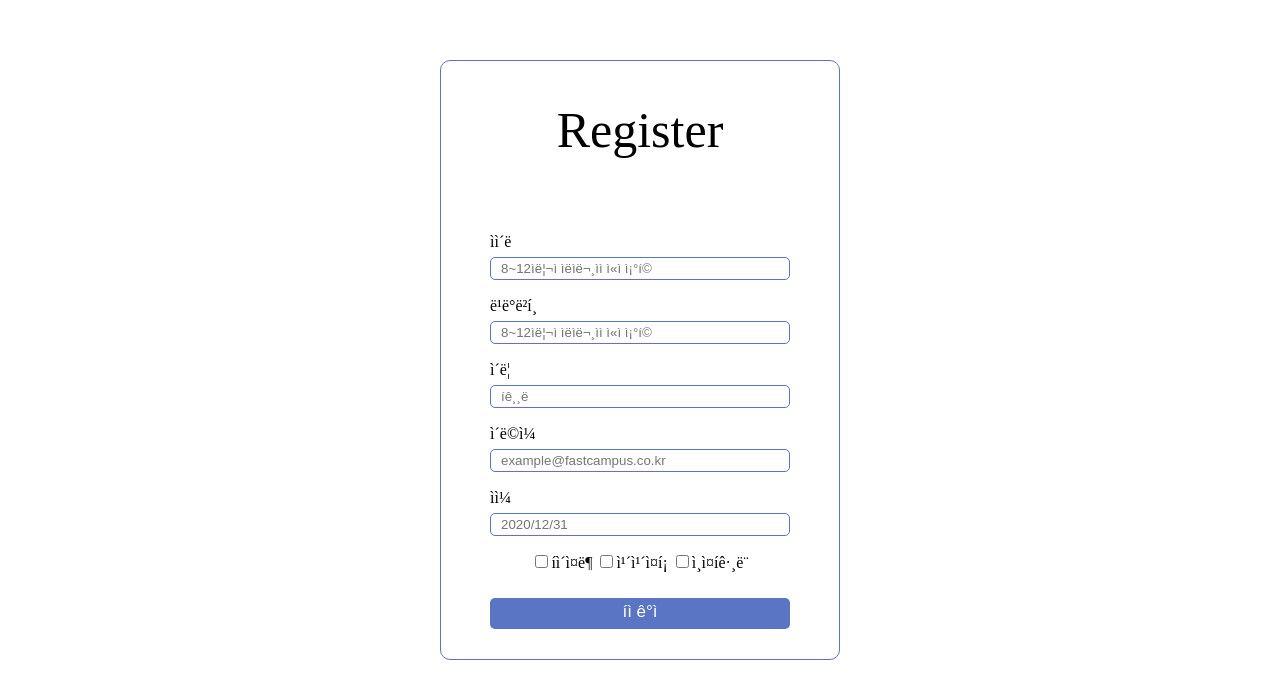
Repository: ReneeKang/Spring_jungsuk
Page: http://localhost/ch2/register/add
The author's editor kept a copy of each file at every save. The page is drawn from the files as they stood at one save, then again after the next save.
The browser window is 1280 px wide. The pictures show the whole page.
Some web libraries are served in a nearby version. The page is served by Tomcat 9. Other server files are loaded and not shown.

Above is the page before, as saved 2022-04-11 13:07:34.

### ch2/src/main/webapp/WEB-INF/views/registerForm.jsp
<!DOCTYPE html>
<html lang="en">
<head>
    <meta charset="UTF-8">
    <meta http-equiv="X-UA-Compatible" content="IE=edge">
    <meta name="viewport" content="width=device-width, initial-scale=1.0">
    <link rel="stylesheet" href="https://cdnjs.cloudflare.com/ajax/libs/font-awesome/5.8.2/css/all.min.css" />
    <style>
        * { box-sizing:border-box; }

        form {
            width:400px;
            height:600px;
            display : flex;
            flex-direction: column;
            align-items:center;
            position : absolute;
            top:50%;
            left:50%;
            transform: translate(-50%, -50%) ;
            border: 1px solid rgb(89,117,196);
            border-radius: 10px;
        }

        .input-field {
            width: 300px;
            height: 40px;
            border : 1px solid rgb(89,117,196);
            border-radius:5px;
            padding: 0 10px;
            margin-bottom: 10px;
        }
        label {
            width:300px;
            height:30px;
            margin-top :4px;
        }

        button {
            background-color: rgb(89,117,196);
            color : white;
            width:300px;
            height:50px;
            font-size: 17px;
            border : none;
            border-radius: 5px;
            margin : 20px 0 30px 0;
        }

        .title {
            font-size : 50px;
            margin: 40px 0 30px 0;
        }

        .msg {
            height: 30px;
            text-align:center;
            font-size:16px;
            color:red;
            margin-bottom: 20px;
        }
        .sns-chk {
            margin-top : 5px;
        }
    </style>
    <title>Register</title>
</head>
<body>
   <form>
    <div class="title">Register</div>
    <div id="msg" class="msg"> </div>
    <label for="">아이디</label>
    <input class="input-field" type="text" name="id" placeholder="8~12자리의 영대소문자와 숫자 조합">
    <label for="">비밀번호</label>
    <input class="input-field" type="text" name="pwd" placeholder="8~12자리의 영대소문자와 숫자 조합">
    <label for="">이름</label>
    <input class="input-field" type="text" name="name" placeholder="홍길동">
    <label for="">이메일</label>
    <input class="input-field" type="text" name="email" placeholder="example@fastcampus.co.kr">
    <label for="">생일</label>
    <input class="input-field" type="text" name="birth" placeholder="2020/12/31">
    <div class="sns-chk">
        <label><input type="checkbox" name="sns" value="facebook"/>페이스북</label>
        <label><input type="checkbox" name="sns" value="kakaotalk"/>카카오톡</label>
        <label><input type="checkbox" name="sns" value="instagram"/>인스타그램</label>
    </div>
    <button>회원 가입</button>
   </form>
   <script>
       function formCheck(frm) {
            var msg ='';

            if(frm.id.value.length<3) {
                setMessage('id의 길이는 3이상이어야 합니다.', frm.id);
                return false;
            }

           return true;
       }

       function setMessage(msg, element){
            document.getElementById("msg").innerHTML = `<i class="fa fa-exclamation-circle"> ${msg}</i>`;

            if(element) {
                element.select();
            }
       }
   </script>
</body>
</html>

After the next save:
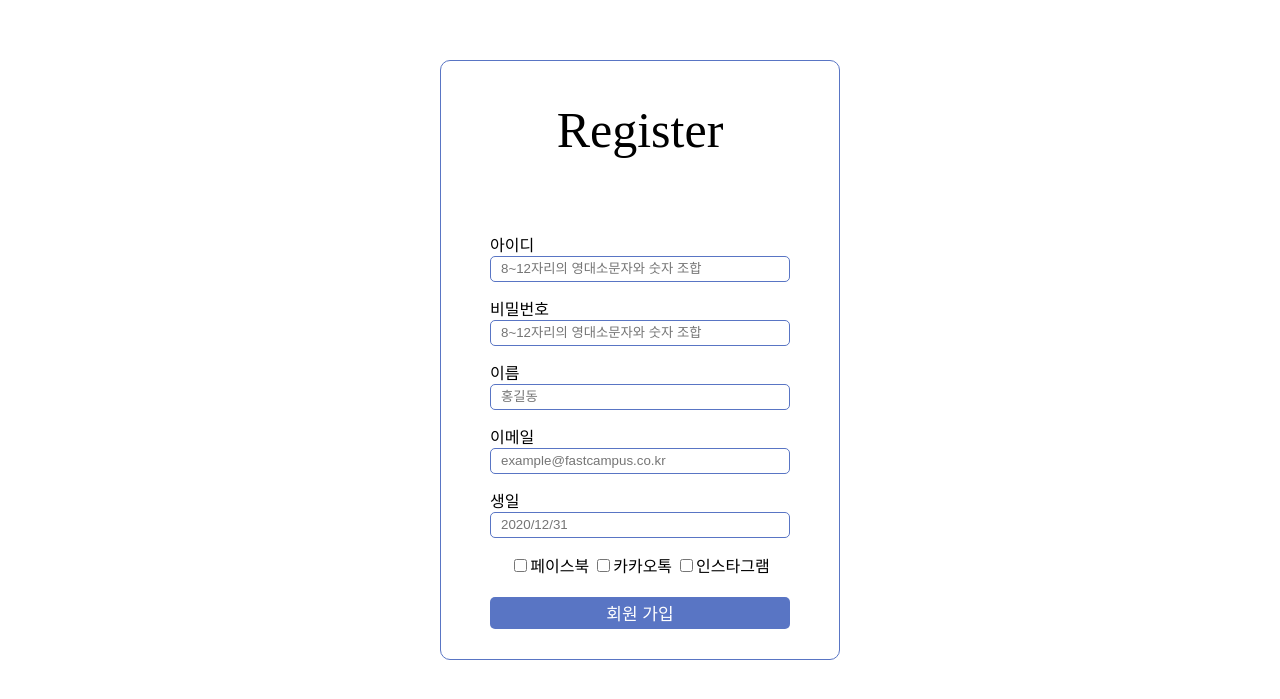
Saved 4 min 56 s later.
--- a/ch2/src/main/webapp/WEB-INF/views/registerForm.jsp
+++ b/ch2/src/main/webapp/WEB-INF/views/registerForm.jsp
@@ -1,3 +1,5 @@
+<%@ page contentType="text/html;charset=utf-8" %>
+<%@ taglib uri="http://java.sun.com/jsp/jstl/core" prefix="c" %>
 <!DOCTYPE html>
 <html lang="en">
 <head>
